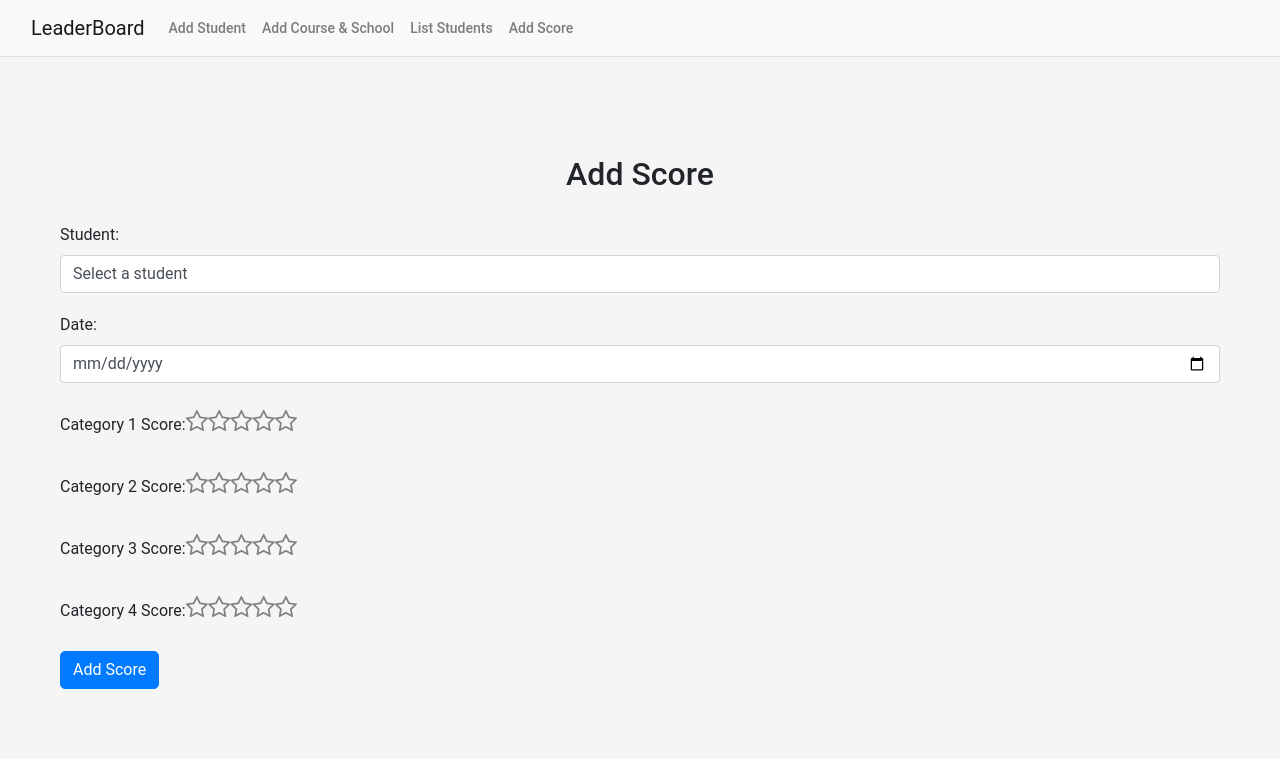
Repository: bigbodhiacademy/gBoard
Page: http://localhost/add_score.php
The author's editor kept a copy of each file at every save. The page is drawn from the files as they stood at one save, then again after the next save.
The browser window is 1280 px wide. The pictures show the whole page.
Some web libraries are served in a nearby version. The page is run by PHP 8.4 with error messages shown; the project is at /var/www/html/. The database holds what the project's SQL file puts in it.

Above is the page before, as saved 2023-04-20 21:36:00.
Not found: scripts.js

### add_score.php
<?php require_once 'functions.php'; ?>
    <?php include 'header.php'; ?>
    <div class="container">
        <h2 class="text-center mt-5">Add Score</h2>
        <form action="functions.php" method="post">
            <input type="hidden" name="action" value="add_score">
            <div class="form-group">
                <label for="student_id">Student:</label>
                <select class="form-control" name="student_id" id="student_id" required>
                    <option value="">Select a student</option>
                    <?php
                    $students = getAllStudents();
                    while ($student = $students->fetch_assoc()) {
                        echo "<option value='{$student['id']}'>{$student['name']}</option>";
                    }
                    ?>
                </select>
            </div>
            <div class="form-group">
                <label for="date">Date:</label>
                <input type="date" class="form-control" name="date" id="date" required>
            </div>
            <?php
            for ($i = 1; $i <= 4; $i++) {
                echo '<div class="form-group">';
                echo "<label for='score{$i}'>Category {$i} Score:</label>";
                echo '<div class="stars">';
                for ($j = 5; $j >= 1; $j--) {
                    echo "<input type='radio' name='score{$i}' value='{$j}' id='score{$i}-{$j}'>";
                    echo "<label class='star' for='score{$i}-{$j}'></label>";
                }
                echo '</div>';
                echo '</div>';
            }
            ?>
            <div class="form-group">
                <input type="submit" class="btn btn-primary" value="Add Score">
                <input type="submit" class="btn btn-success" value="Update Score" style="display:none">
                <input type="submit" class="btn btn-danger" value="Delete Score" style="display:none">
            </div>
        </form>
    </div>
    <script>
        // Check if a score already exists and show the Update and Delete buttons accordingly
        document.getElementById('student_id').addEventListener('change', function() {
            // Use AJAX to check if a score exists for the selected student
            // If yes, show the Update and Delete buttons
            // If not, hide the Update and Delete buttons
        });
    </script>
    <?php include 'footer.php'; ?>

### functions.php
<?php
include 'db_connection.php';
if ($_SERVER['REQUEST_METHOD'] == 'POST') {
  if (isset($_POST['action'])) {
      $action = $_POST['action'];
      if ($action == 'add_student') {
          $name = $_POST['student_name'];
          $email = $_POST['email'];
          $course_id = $_POST['course_id'];
          $school_id = $_POST['school_id'];
          //print_r($name,$school_id);
          addStudent($name, $email, $course_id, $school_id);
          header('Location: add_student.php?message=Student+Added');
          exit();
      } elseif ($action == 'add_course') {
          $course_name = $_POST['course_name'];
          $course_description = $_POST['course_description'];
          addCourse($course_name, $course_description);
          header('Location: add_school_course.php?message=Course+Added');
          exit();
      }elseif ($action == 'add_school') {
        $school_name = $_POST['school_name'];
        $location = $_POST['location'];
        addSchool($school_name, $location);
        header('Location: add_school_course.php?message=School+Added');
        exit();
      }elseif ($action == 'edit_student') {
        $student_id = $_POST['student_id'];
        $name = $_POST['student_name'];
        $email = $_POST['email'];
        $course_id = $_POST['course_id'];
        $school_id = $_POST['school_id'];

        editStudent($student_id, $name, $email, $course_id, $school_id);

        header('Location: list_students.php');
        exit();
      }elseif($action == 'add_score'){
        $student_id = $_POST['student_id'];
            $date = $_POST['date'];
            $category1 = $_POST['category1'];
            $category2 = $_POST['category2'];
            $category3 = $_POST['category3'];
            $category4 = $_POST['category4'];
            addScore($student_id, $date, $category1, $category2, $category3, $category4);
            header('Location: add_score.php');
            exit();
      }
  }
}
if ($_SERVER['REQUEST_METHOD'] == 'GET') {
  if (isset($_GET['action'])) {
    $action = $_GET['action'];
    if($action == 'delete_student'){
      $student_id = $_GET['id'];
      print_r($student_id);
      deleteStudent($student_id);
      header('Location: list_students.php');
      exit();
    }
  }
}


function addSchool($school_name, $location) {
  $conn = getConnection();

  $stmt = $conn->prepare("INSERT INTO schools (name, location) VALUES (?, ?)");
  $stmt->bind_param("ss", $school_name, $location);

  $stmt->execute();

  $stmt->close();
  $conn->close();
}

function getSchools() {
  global $conn;
  $schools = array();

  $query = "SELECT * FROM schools";
  $result = mysqli_query($conn, $query);

  if (mysqli_num_rows($result) > 0) {
      while ($row = mysqli_fetch_assoc($result)) {
          $schools[] = $row;
      }
  }

  return $schools;
}

function getSchoolById($school_id) {
  global $conn;
  $sql = "SELECT * FROM schools WHERE id = ?";
  $stmt = $conn->prepare($sql);
  $stmt->bind_param("i", $school_id);
  $stmt->execute();
  $result = $stmt->get_result();
  return $result->fetch_assoc();
}



function addCourse($course_name, $course_description) {
  global $conn;
  $date_added = date('Y-m-d');
  $sql = "INSERT INTO courses (name, description, date_added) VALUES (?, ?, ?)";

  $stmt = $conn->prepare($sql);
  $stmt->bind_param("sss", $course_name, $course_description, $date_added);
  $stmt->execute();
  $stmt->close();
  $conn->close();
}
function getCourseById($course_id) {
  global $conn;
  $sql = "SELECT * FROM courses WHERE id = ?";
  $stmt = $conn->prepare($sql);
  $stmt->bind_param("i", $course_id);
  $stmt->execute();
  $result = $stmt->get_result();
  return $result->fetch_assoc();
}


function editStudent($student_id, $name, $email, $course_id, $school_id) {
  global $conn;
  $query = "UPDATE students SET name = ?, email = ?, course_id = ?, school_id = ? WHERE id = ?";
  $stmt = mysqli_prepare($conn, $query);
  mysqli_stmt_bind_param($stmt, 'ssiii', $name, $email, $course_id, $school_id, $student_id);
  mysqli_stmt_execute($stmt);
}

function getStudentsWithCourseName() {
  $students = array();
  global $conn;

  $sql = "SELECT students.id, students.name, students.email, courses.name as course_name
          FROM students
          INNER JOIN courses ON students.course_id = courses.id";

  $result = $conn->query($sql);

  if ($result->num_rows > 0) {
      while ($row = $result->fetch_assoc()) {
          $students[] = $row;
      }
  }
  $conn->close();

  return $students;
}

function getStudentById($student_id) {
  global $conn;
  $query = "SELECT * FROM students WHERE id = ?";
  $stmt = mysqli_prepare($conn, $query);
  mysqli_stmt_bind_param($stmt, 'i', $student_id);
  mysqli_stmt_execute($stmt);
  $result = mysqli_stmt_get_result($stmt);
  return mysqli_fetch_assoc($result);
}


function addStudent($name, $email, $course_id, $school_id) {
  global $conn;
  //echo "add student";
  //print_r($name,$course_id);
  $stmt = $conn->prepare("INSERT INTO students (name, email, course_id, school_id) VALUES (?, ?, ?, ?)");
  $stmt->bind_param("ssii", $name, $email, $course_id, $school_id);

  $stmt->execute();

  $stmt->close();
  $conn->close();
}


/*function editStudent($id, $name, $email, $course_id) {
  global $conn;

  $stmt = $conn->prepare("UPDATE students SET name = ?, email = ?, course_id = ? WHERE id = ?");
  $stmt->bind_param("ssii", $name, $email, $course_id, $id);

  return $stmt->execute();
}*/

function deleteStudent1($id) {
  global $conn;

  $stmt = $conn->prepare("DELETE FROM students WHERE id = ?");
  $stmt->bind_param("i", $id);

  $stmt->execute();
  $stmt->close();
  $conn->close();
}
function deleteStudent($student_id) {
  global $conn;
  $query = "DELETE FROM students WHERE id = ?";
  $stmt = mysqli_prepare($conn, $query);
  mysqli_stmt_bind_param($stmt, 'i', $student_id);
  mysqli_stmt_execute($stmt);
}

function getAllStudents1() {
  global $conn;
  $sql = "SELECT students.*, courses.name as course_name, schools.name as school_name FROM students INNER JOIN courses ON students.course_id = courses.id INNER JOIN schools ON students.school_id = schools.id";
  $result = mysqli_query($conn, $sql);

  $students = array();
  if (mysqli_num_rows($result) > 0) {
      while ($row = mysqli_fetch_assoc($result)) {
          $students[] = $row;
      }
  }

  return $students;
}

function getAllStudents() {
  global $conn;
  $sql = "SELECT * FROM students";
  $result = $conn->query($sql);
  return $result;
}


function getStudents() {
  global $conn;

  $result = $conn->query("SELECT * FROM students");
  echo $result->fetch_all(MYSQLI_ASSOC);
  return $result->fetch_all(MYSQLI_ASSOC);
}

function getCourses() {
  global $conn;

  $result = $conn->query("SELECT * FROM courses");
  return $result->fetch_all(MYSQLI_ASSOC);
}

function addScore($student_id, $date, $category1, $category2, $category3, $category4) {
  global $conn;
  $query = "INSERT INTO scores (student_id, date, category1, category2, category3, category4) VALUES (?, ?, ?, ?, ?, ?)";
  $stmt = mysqli_prepare($conn, $query);
  mysqli_stmt_bind_param($stmt, 'isiiii', $student_id, $date, $category1, $category2, $category3, $category4);
  mysqli_stmt_execute($stmt);
}


?>

### db_connection.php
<?php
$servername = "localhost"; // Replace with your MySQL server address if it's not "localhost"
$username = "root"; // Replace with your MySQL username
$password = ""; // Replace with your MySQL password
$dbname = "leaderboard4";

// Create connection
$conn = new mysqli($servername, $username, $password, $dbname);

// Check connection
if ($conn->connect_error) {
  die("Connection failed: " . $conn->connect_error);
}
?>

### header.php
<!DOCTYPE html>
<html lang="en">

<head>
    <meta charset="UTF-8">
    <meta name="viewport" content="width=device-width, initial-scale=1.0">
    <title>LeaderBoard</title>
    <link href="https://cdn.jsdelivr.net/npm/bootstrap@5.1.3/dist/css/bootstrap.min.css" rel="stylesheet">
    <link rel="stylesheet" href="https://maxcdn.bootstrapcdn.com/bootstrap/4.5.2/css/bootstrap.min.css">
    <script src="https://ajax.googleapis.com/ajax/libs/jquery/3.5.1/jquery.min.js"></script>
    <script src="https://cdnjs.cloudflare.com/ajax/libs/popper.js/1.16.0/umd/popper.min.js"></script>
    <script src="https://maxcdn.bootstrapcdn.com/bootstrap/4.5.2/js/bootstrap.min.js"></script>
    <link href="https://maxcdn.bootstrapcdn.com/font-awesome/4.7.0/css/font-awesome.min.css" rel="stylesheet" />

    <link rel="stylesheet" href="styles.css">
    <script src="scripts.js"></script>
</head>

<body>
    <nav class="navbar navbar-expand-lg navbar-light bg-light">
        <div class="container-fluid">
            <a class="navbar-brand" href="index.php">LeaderBoard</a>
            <button class="navbar-toggler" type="button" data-bs-toggle="collapse" data-bs-target="#navbarNav" aria-controls="navbarNav" aria-expanded="false" aria-label="Toggle navigation">
                <span class="navbar-toggler-icon"></span>
            </button>
            <div class="collapse navbar-collapse" id="navbarNav">
                <ul class="navbar-nav">
                    <li class="nav-item">
                        <a class="nav-link" href="add_student.php">Add Student</a>
                    </li>
                    <li class="nav-item">
                        <a class="nav-link" href="add_school_course.php">Add Course & School</a>
                    </li>
                    <li class="nav-item">
                        <a class="nav-link" href="list_students.php">List Students</a>
                    </li>
                    <li class="nav-item">
                        <a class="nav-link" href="add_score.php">Add Score</a>
                    </li>
                </ul>
            </div>
        </div>
    </nav>

### footer.php
<script src="https://code.jquery.com/jquery-3.6.0.min.js"></script>
    <script src="https://cdn.jsdelivr.net/npm/@popperjs/core@2.11.6/dist/umd/popper.min.js"></script>
    <script src="https://cdn.jsdelivr.net/npm/bootstrap@5.1.3/dist/js/bootstrap.min.js"></script>
    <script src="scripts.js"></script>
</body>

</html>

### styles.css
body {
    font-family: 'Roboto', sans-serif;
    background-color: #f5f5f5;
}

.container {
    max-width: 1200px;
    margin: 0 auto;
    padding: 50px 20px;
}

h2 {
    font-weight: 500;
    margin-bottom: 30px;
}

.btn {
    border-radius: 5px;
}

.navbar {
    border-bottom: 1px solid #e0e0e0;
}

.nav-link {
    font-size: 14px;
    font-weight: 500;
}

.form-group {
    margin-bottom: 20px;
}

.table {
    background-color: #fff;
    border-radius: 5px;
}

.table thead {
    background-color: #f5f5f5;
}
.stars {
    font-size: 24px;
    color: gray;
    display: inline-block;
    position: relative;
    padding: 0;
    cursor: pointer;
}

.stars:before {
    content: '\f006 \f006 \f006 \f006 \f006';
    font-family: FontAwesome;
}

.stars>input {
    display: none;
}

.stars:hover:before,
.stars:hover ~ .stars:before,
.stars input:checked ~ .stars:before {
    color: gold;
    text-shadow: 0 0 5px rgba(255, 215, 0, 0.8);
}

### leaderboard4.sql (the tables this page reads)
CREATE TABLE `students` (
  `id` int(11) NOT NULL,
  `name` varchar(255) NOT NULL,
  `email` varchar(255) NOT NULL,
  `course_id` int(11) NOT NULL,
  `school_id` int(11) NOT NULL
) ENGINE=InnoDB DEFAULT CHARSET=utf8mb4;

INSERT INTO `students` (`id`, `name`, `email`, `course_id`, `school_id`) VALUES
(19, 'dinesh', 'eng@gm', 1, 2),
(23, 'Guru', 'DFI@jf', 2, 1),
(24, 'ram', 'sde@gsh', 1, 1),
(25, 'john', 'hhui@ggjlk', 1, 1);

ALTER TABLE `students`
  ADD PRIMARY KEY (`id`),
  ADD KEY `course_id` (`course_id`),
  ADD KEY `school_id` (`school_id`);

ALTER TABLE `students`
  MODIFY `id` int(11) NOT NULL AUTO_INCREMENT, AUTO_INCREMENT=26;

ALTER TABLE `students`
  ADD CONSTRAINT `students_ibfk_1` FOREIGN KEY (`course_id`) REFERENCES `courses` (`id`),
  ADD CONSTRAINT `students_ibfk_2` FOREIGN KEY (`school_id`) REFERENCES `schools` (`id`);

After the next save:
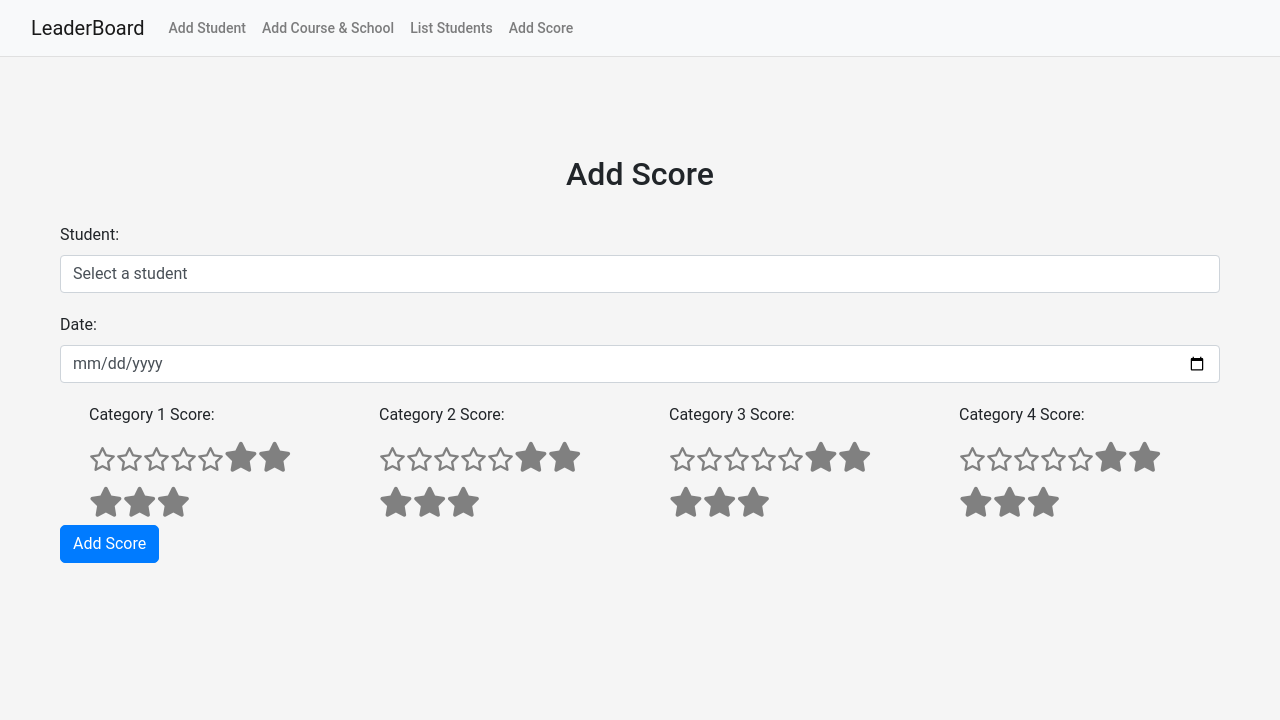
Saved 4 min 47 s later.
--- a/add_score.php
+++ b/add_score.php
@@ -1,51 +1,79 @@
 <?php require_once 'functions.php'; ?>
-    <?php include 'header.php'; ?>
-    <div class="container">
-        <h2 class="text-center mt-5">Add Score</h2>
-        <form action="functions.php" method="post">
-            <input type="hidden" name="action" value="add_score">
-            <div class="form-group">
-                <label for="student_id">Student:</label>
-                <select class="form-control" name="student_id" id="student_id" required>
-                    <option value="">Select a student</option>
-                    <?php
-                    $students = getAllStudents();
-                    while ($student = $students->fetch_assoc()) {
-                        echo "<option value='{$student['id']}'>{$student['name']}</option>";
-                    }
-                    ?>
-                </select>
-            </div>
-            <div class="form-group">
-                <label for="date">Date:</label>
-                <input type="date" class="form-control" name="date" id="date" required>
-            </div>
+<?php include 'header.php'; ?>
+
+<link rel="stylesheet" href="https://cdnjs.cloudflare.com/ajax/libs/font-awesome/6.1.1/css/all.min.css">
+
+<style>
+    .categories-container {
+        display: flex;
+        justify-content: space-around;
+        flex-wrap: wrap;
+    }
+    .category {
+        width: 20%;
+    }
+    .stars {
+        display: inline-block;
+    }
+    .stars input[type="radio"] {
+        display: none;
+    }
+    .stars label.star {
+        display: inline-block;
+        cursor: pointer;
+        font-size: 30px;
+        margin: 0;
+        padding: 0;
+        color: grey;
+    }
+    .stars label.star:hover,
+    .stars label.star:hover ~ label.star,
+    .stars input[type="radio"]:checked ~ label.star {
+        color: gold;
+    }
+</style>
+
+<div class="container">
+    <h2 class="text-center mt-5">Add Score</h2>
+    <form action="functions.php" method="post">
+        <input type="hidden" name="action" value="add_score">
+        <div class="form-group">
+            <label for="student_id">Student:</label>
+            <select class="form-control" name="student_id" id="student_id" required>
+                <option value="">Select a student</option>
+                <?php
+                $students = getAllStudents();
+                while ($student = $students->fetch_assoc()) {
+                    echo "<option value='{$student['id']}'>{$student['name']}</option>";
+                }
+                ?>
+            </select>
+        </div>
+        <div class="form-group">
+            <label for="date">Date:</label>
+            <input type="date" class="form-control" name="date" id="date" required>
+        </div>
+        <div class="categories-container">
             <?php
             for ($i = 1; $i <= 4; $i++) {
-                echo '<div class="form-group">';
+                echo '<div class="category">';
                 echo "<label for='score{$i}'>Category {$i} Score:</label>";
                 echo '<div class="stars">';
                 for ($j = 5; $j >= 1; $j--) {
                     echo "<input type='radio' name='score{$i}' value='{$j}' id='score{$i}-{$j}'>";
-                    echo "<label class='star' for='score{$i}-{$j}'></label>";
+                    echo "<label class='star' for='score{$i}-{$j}'><i class='fas fa-star'></i></label>";
                 }
                 echo '</div>';
                 echo '</div>';
             }
             ?>
-            <div class="form-group">
-                <input type="submit" class="btn btn-primary" value="Add Score">
-                <input type="submit" class="btn btn-success" value="Update Score" style="display:none">
-                <input type="submit" class="btn btn-danger" value="Delete Score" style="display:none">
-            </div>
-        </form>
-    </div>
-    <script>
-        // Check if a score already exists and show the Update and Delete buttons accordingly
-        document.getElementById('student_id').addEventListener('change', function() {
-            // Use AJAX to check if a score exists for the selected student
-            // If yes, show the Update and Delete buttons
-            // If not, hide the Update and Delete buttons
-        });
-    </script>
-    <?php include 'footer.php'; ?>
+        </div>
+        <div class="form-group">
+            <input type="submit" class="btn btn-primary" value="Add Score">
+            <input type="submit" class="btn btn-success" value="Update Score" style="display:none">
+            <input type="submit" class="btn btn-danger" value="Delete Score" style="display:none">
+        </div>
+    </form>
+</div>
+
+<?php include 'footer.php'; ?>
